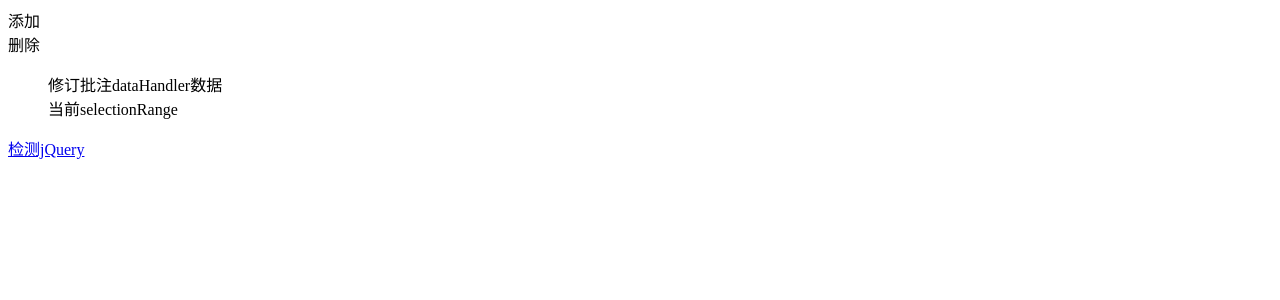
Repository: herorest/plugin
Page: panel/info.html
An editor plug-in stored every save of this project. The page is shown before and after the next save, followed by the edit.
The browser window is 1280 px wide. The pictures show the whole page.

Above is the page before, as saved 2019-06-11 11:44:17.

After the next save:
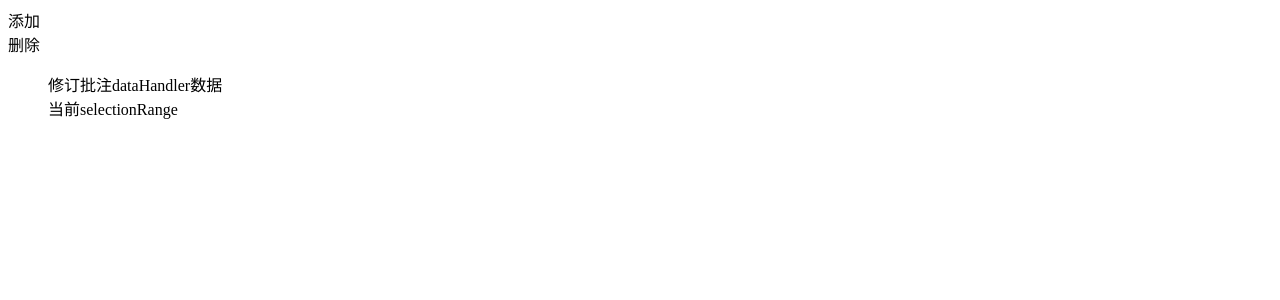
Console error: TypeError: Cannot read properties of null (reading 'addEventListener')
Saved 38 s later.
--- a/panel/info.html
+++ b/panel/info.html
@@ -96,8 +96,9 @@
 			</ul>
 		</div>
 	</div>
-	<div class="result"></div>
-	<a href="javascript:void(0)" id="check_jquery">检测jQuery</a>
+	<div class="result">
+
+	</div>
 	<div class="warp">
 		<ul id="container">
 
